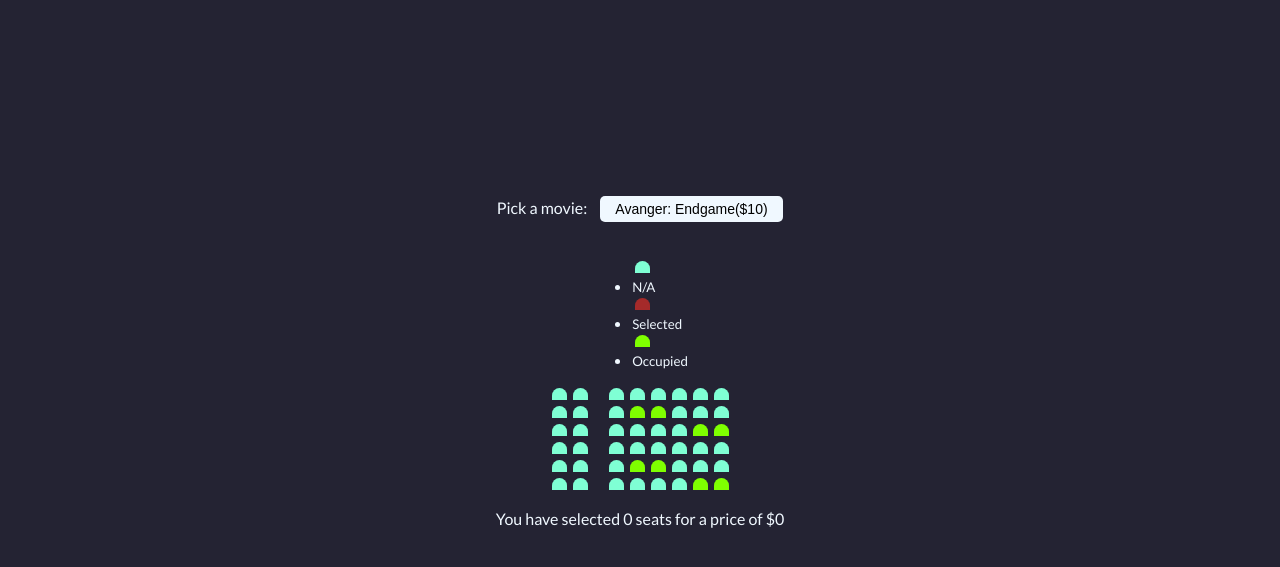
Repository: atko87/Movie-seat-Booking
Page: index.html
An editor plug-in stored every save of this project. The page is shown before and after the next save, followed by the edit.
The browser window is 1280 px wide. The pictures show the whole page.

Above is the page before, as saved 2020-03-08 13:58:33.

After the next save:
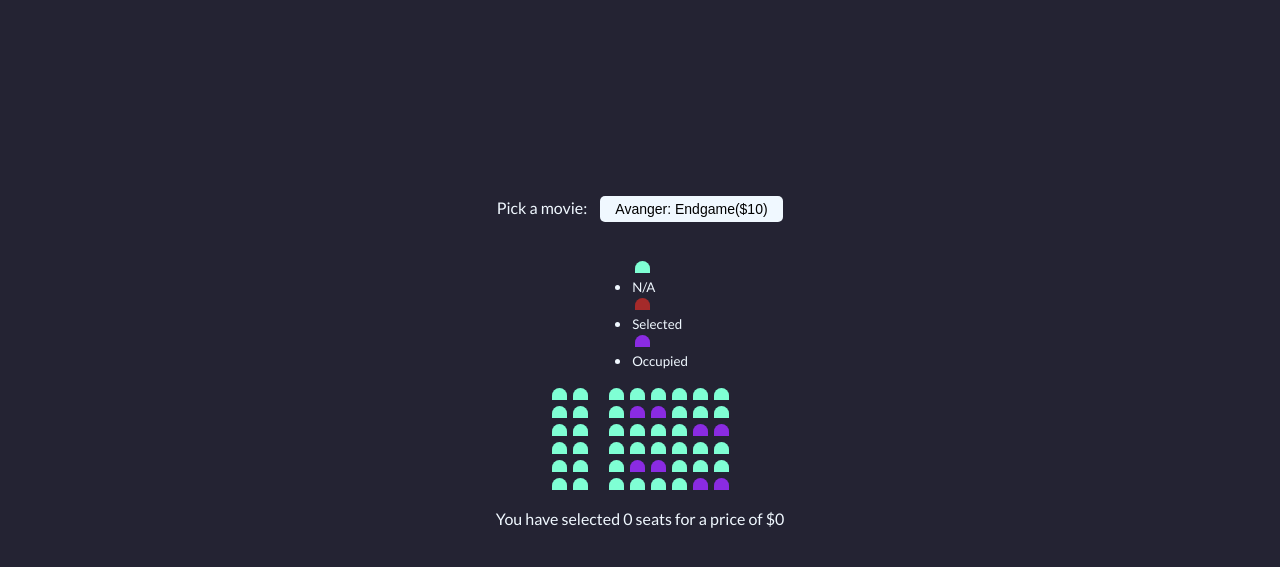
Saved 24 s later.
--- a/style.css
+++ b/style.css
@@ -43,7 +43,7 @@
   background-color: brown;
 }
 .seat.occupied {
-  background-color: chartreuse;
+  background-color: blueviolet;
 }
 .seat:nth-of-type(2) {
   margin-right: 18px;
